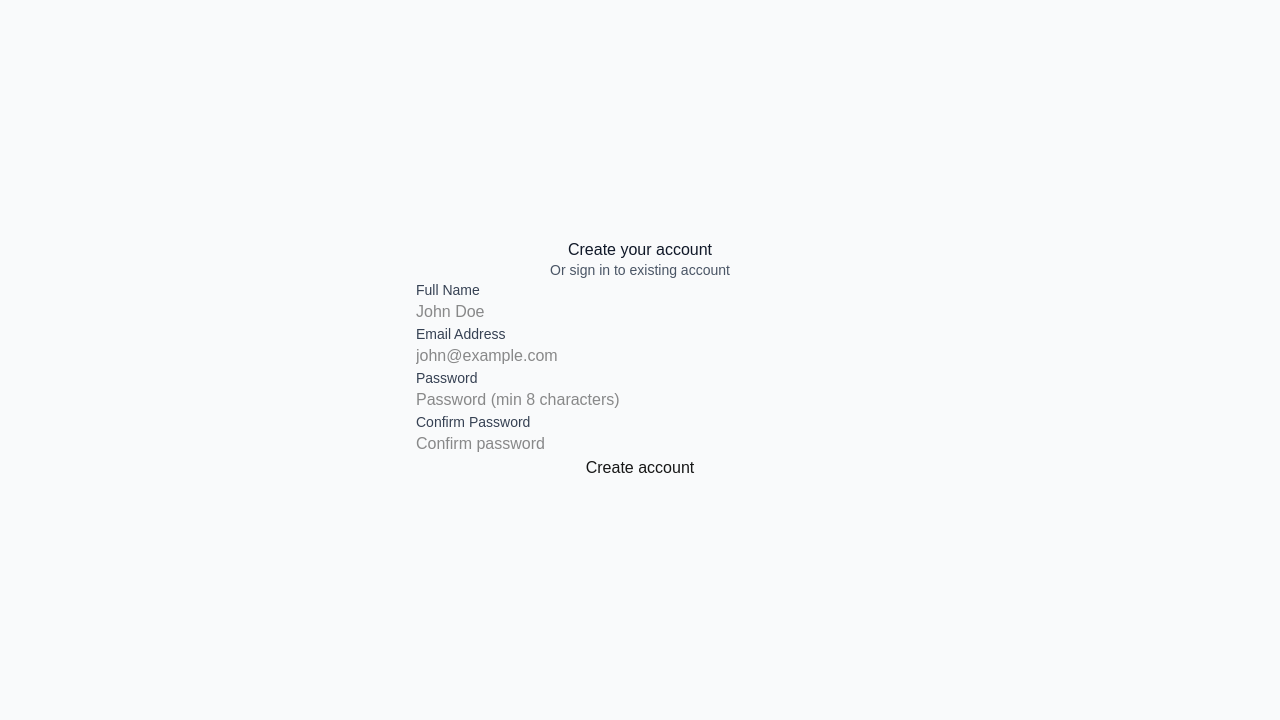
Repository: DiwanMalla/job-tracker
Page: /auth/signup
These files come from the project's save history. The page is drawn as it stood at one moment and after the next save; the edit follows.
The browser window is 1280 px wide. The pictures show the whole page.
The project was rebuilt for these pictures with package versions that can differ from the ones it lists, and the page was loaded fresh each time. The framework's server and built-in components were replaced by stand-ins that run in the browser. Also part of the build but not shown: next.config.ts.

Above is the page before, as saved 2025-10-07 14:30:12.

### src/app/layout.tsx
import type { Metadata } from "next";
import { Geist, Geist_Mono } from "next/font/google";
import { Providers } from "@/components/providers";
import "./globals.css";

const geistSans = Geist({
  variable: "--font-geist-sans",
  subsets: ["latin"],
});

const geistMono = Geist_Mono({
  variable: "--font-geist-mono",
  subsets: ["latin"],
});

export const metadata: Metadata = {
  title: "Job Tracker - Manage Your Job Applications",
  description: "Track your job applications, upload resumes, and share your progress with others.",
};

export default function RootLayout({
  children,
}: Readonly<{
  children: React.ReactNode;
}>) {
  return (
    <html lang="en">
      <body
        className={`${geistSans.variable} ${geistMono.variable} antialiased`}
      >
        <Providers>{children}</Providers>
      </body>
    </html>
  );
}

### src/app/auth/signup/page.tsx
'use client';

import { useState } from 'react';
import { signIn } from 'next-auth/react';
import { useRouter } from 'next/navigation';
import Link from 'next/link';

export default function SignUpPage() {
  const [isLoading, setIsLoading] = useState(false);
  const [error, setError] = useState('');
  const router = useRouter();

  const handleSubmit = async (e: React.FormEvent<HTMLFormElement>) => {
    e.preventDefault();
    setIsLoading(true);
    setError('');

    const formData = new FormData(e.currentTarget);
    const name = formData.get('name') as string;
    const email = formData.get('email') as string;
    const password = formData.get('password') as string;
    const confirmPassword = formData.get('confirmPassword') as string;

    if (password !== confirmPassword) {
      setError("Passwords don't match");
      setIsLoading(false);
      return;
    }

    try {
      // Create user
      const response = await fetch('/api/auth/signup', {
        method: 'POST',
        headers: {
          'Content-Type': 'application/json',
        },
        body: JSON.stringify({ name, email, password, confirmPassword }),
      });

      const data = await response.json();

      if (!response.ok) {
        throw new Error(data.error || 'Failed to create account');
      }

      // Auto sign in after successful registration
      const result = await signIn('credentials', {
        email,
        password,
        redirect: false,
      });

      if (result?.error) {
        setError('Account created but failed to sign in. Please try signing in.');
      } else {
        router.push('/dashboard');
      }
    } catch (err) {
      setError(err instanceof Error ? err.message : 'Something went wrong');
    } finally {
      setIsLoading(false);
    }
  };

  return (
    <div className="min-h-screen flex items-center justify-center bg-gray-50 py-12 px-4 sm:px-6 lg:px-8">
      <div className="max-w-md w-full space-y-8">
        <div>
          <h2 className="mt-6 text-center text-3xl font-extrabold text-gray-900">
            Create your account
          </h2>
          <p className="mt-2 text-center text-sm text-gray-600">
            Or{' '}
            <Link
              href="/auth/signin"
              className="font-medium text-indigo-600 hover:text-indigo-500"
            >
              sign in to existing account
            </Link>
          </p>
        </div>
        <form className="mt-8 space-y-6" onSubmit={handleSubmit}>
          <div className="space-y-4">
            <div>
              <label htmlFor="name" className="block text-sm font-medium text-gray-700">
                Full Name
              </label>
              <input
                id="name"
                name="name"
                type="text"
                required
                className="mt-1 appearance-none relative block w-full px-3 py-2 border border-gray-300 placeholder-gray-500 text-gray-900 rounded-md focus:outline-none focus:ring-indigo-500 focus:border-indigo-500 focus:z-10 sm:text-sm"
                placeholder="John Doe"
              />
            </div>
            <div>
              <label htmlFor="email" className="block text-sm font-medium text-gray-700">
                Email Address
              </label>
              <input
                id="email"
                name="email"
                type="email"
                required
                className="mt-1 appearance-none relative block w-full px-3 py-2 border border-gray-300 placeholder-gray-500 text-gray-900 rounded-md focus:outline-none focus:ring-indigo-500 focus:border-indigo-500 focus:z-10 sm:text-sm"
                placeholder="john@example.com"
              />
            </div>
            <div>
              <label htmlFor="password" className="block text-sm font-medium text-gray-700">
                Password
              </label>
              <input
                id="password"
                name="password"
                type="password"
                required
                minLength={8}
                className="mt-1 appearance-none relative block w-full px-3 py-2 border border-gray-300 placeholder-gray-500 text-gray-900 rounded-md focus:outline-none focus:ring-indigo-500 focus:border-indigo-500 focus:z-10 sm:text-sm"
                placeholder="Password (min 8 characters)"
              />
            </div>
            <div>
              <label htmlFor="confirmPassword" className="block text-sm font-medium text-gray-700">
                Confirm Password
              </label>
              <input
                id="confirmPassword"
                name="confirmPassword"
                type="password"
                required
                minLength={8}
                className="mt-1 appearance-none relative block w-full px-3 py-2 border border-gray-300 placeholder-gray-500 text-gray-900 rounded-md focus:outline-none focus:ring-indigo-500 focus:border-indigo-500 focus:z-10 sm:text-sm"
                placeholder="Confirm password"
              />
            </div>
          </div>

          {error && (
            <div className="text-red-600 text-sm text-center">{error}</div>
          )}

          <div>
            <button
              type="submit"
              disabled={isLoading}
              className="group relative w-full flex justify-center py-2 px-4 border border-transparent text-sm font-medium rounded-md text-white bg-indigo-600 hover:bg-indigo-700 focus:outline-none focus:ring-2 focus:ring-offset-2 focus:ring-indigo-500 disabled:opacity-50 disabled:cursor-not-allowed"
            >
              {isLoading ? 'Creating account...' : 'Create account'}
            </button>
          </div>
        </form>
      </div>
    </div>
  );
}

### src/components/providers.tsx
'use client';

import { SessionProvider } from 'next-auth/react';
import type { ReactNode } from 'react';

interface ProvidersProps {
  children: ReactNode;
}

export function Providers({ children }: ProvidersProps) {
  return <SessionProvider>{children}</SessionProvider>;
}

### src/app/globals.css
@import "tailwindcss/preflight";
@import "tailwindcss";

:root {
  --background: #ffffff;
  --foreground: #171717;
}

@media (prefers-color-scheme: dark) {
  :root {
    --background: #0a0a0a;
    --foreground: #ededed;
  }
}

body {
  background: var(--background);
  color: var(--foreground);
  font-family: Arial, Helvetica, sans-serif;
}

/* Custom animations and effects */
@keyframes blob {
  0% {
    transform: translate(0px, 0px) scale(1);
  }
  33% {
    transform: translate(30px, -50px) scale(1.1);
  }
  66% {
    transform: translate(-20px, 20px) scale(0.9);
  }
  100% {
    transform: translate(0px, 0px) scale(1);
  }
}

.animate-blob {
  animation: blob 7s infinite;
}

.animation-delay-2000 {
  animation-delay: 2s;
}

.animation-delay-4000 {
  animation-delay: 4s;
}

/* Grid pattern */
.bg-grid-white\/\[0\.05\] {
  background-image: url("data:[embedded picture, 239 characters]");
}

.bg-grid-16 {
  background-size: 16px 16px;
}

/* Smooth scrolling */
html {
  scroll-behavior: smooth;
}

/* Custom gradient text */
.gradient-text {
  background: linear-gradient(135deg, #667eea 0%, #764ba2 100%);
  -webkit-background-clip: text;
  -webkit-text-fill-color: transparent;
  background-clip: text;
}

/* Glassmorphism effect */
.glass {
  background: rgba(255, 255, 255, 0.1);
  backdrop-filter: blur(10px);
  border: 1px solid rgba(255, 255, 255, 0.2);
}

/* Custom button hover effects */
.btn-gradient {
  position: relative;
  overflow: hidden;
}

.btn-gradient::before {
  content: '';
  position: absolute;
  top: 0;
  left: -100%;
  width: 100%;
  height: 100%;
  background: linear-gradient(90deg, transparent, rgba(255, 255, 255, 0.2), transparent);
  transition: left 0.5s;
}

.btn-gradient:hover::before {
  left: 100%;
}

After the next save:
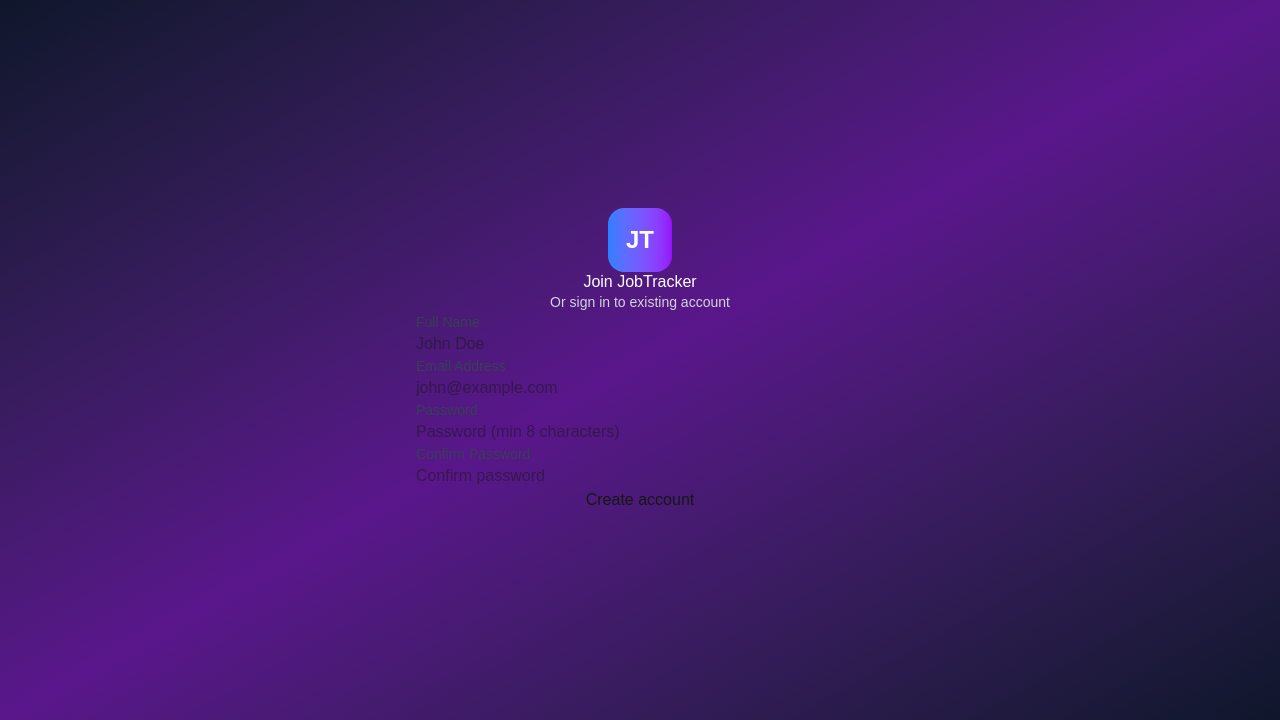
Saved 17 s later.
--- a/src/app/auth/signup/page.tsx
+++ b/src/app/auth/signup/page.tsx
@@ -63,17 +63,22 @@
   };
 
   return (
-    <div className="min-h-screen flex items-center justify-center bg-gray-50 py-12 px-4 sm:px-6 lg:px-8">
+    <div className="min-h-screen bg-gradient-to-br from-slate-900 via-purple-900 to-slate-900 flex items-center justify-center py-12 px-4 sm:px-6 lg:px-8">
       <div className="max-w-md w-full space-y-8">
         <div>
-          <h2 className="mt-6 text-center text-3xl font-extrabold text-gray-900">
-            Create your account
+          <div className="flex justify-center mb-6">
+            <div className="w-16 h-16 bg-gradient-to-r from-blue-500 to-purple-600 rounded-2xl flex items-center justify-center">
+              <span className="text-white font-bold text-2xl">JT</span>
+            </div>
+          </div>
+          <h2 className="mt-6 text-center text-3xl font-extrabold text-white">
+            Join JobTracker
           </h2>
-          <p className="mt-2 text-center text-sm text-gray-600">
+          <p className="mt-2 text-center text-sm text-gray-300">
             Or{' '}
             <Link
               href="/auth/signin"
-              className="font-medium text-indigo-600 hover:text-indigo-500"
+              className="font-medium text-blue-400 hover:text-blue-300 transition-colors"
             >
               sign in to existing account
             </Link>
